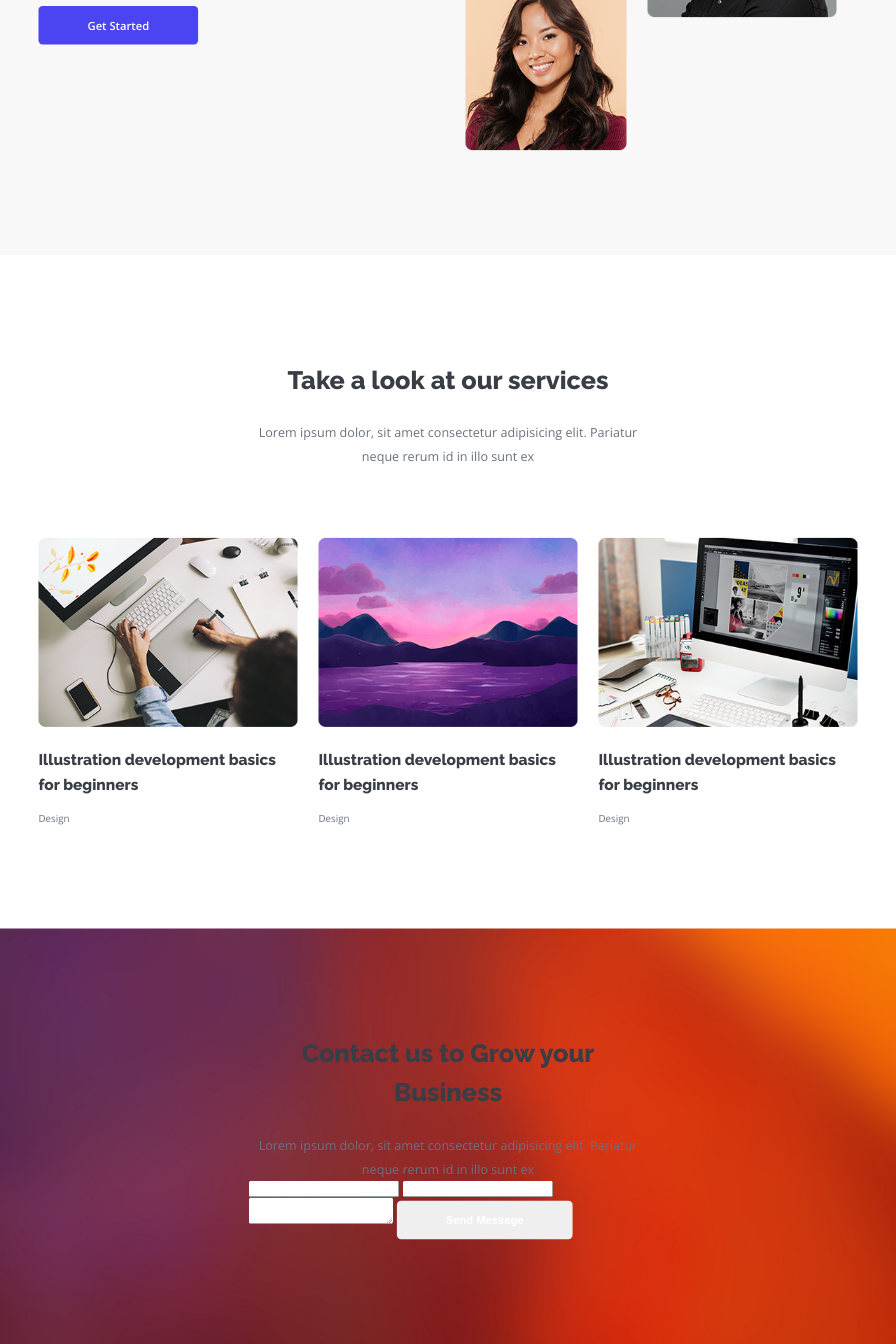
Repository: huydev0401/octavian-1
Page: index.html
These files come from the project's save history. The page is drawn as it stood at one moment and after the next save; the edit follows.
The browser window is 1280 px wide. The pictures show the part of the page from y = 4449 to 6369 px (the page is 6369 px tall), at 70% of full size.
The style sheet was rebuilt from its Sass, Less or Tailwind sources for each picture, by a compiler version that may differ from the author's.

Above is the page before, as saved 2021-09-02 15:19:11.

### index.html
<!DOCTYPE html>
<html lang="en">
  <head>
    <meta charset="UTF-8" />
    <meta http-equiv="X-UA-Compatible" content="IE=edge" />
    <meta name="viewport" content="width=device-width, initial-scale=1.0" />
    <title>Octavian 1</title>
    <link rel="preconnect" href="https://fonts.googleapis.com">
    <link rel="preconnect" href="https://fonts.gstatic.com" crossorigin>
    <link
        href="https://fonts.googleapis.com/css2?family=Open+Sans:ital,wght@0,300;0,400;0,600;1,700&family=Raleway:wght@400;600;700;800&display=swap"
        rel="stylesheet">
    <link href="https://unpkg.com/ionicons@4.5.10-0/dist/css/ionicons.min.css" rel="stylesheet">
    <link rel="stylesheet" href="./css/app.css">
  </head>
  <body>
    <div class="wrapper">
        <header class="header">
            <div class="container">
                <div class="header-main">
                    <a href="index.html" class="header-logo">
                        <img src="./images/logo.png" alt="">
                    </a>
                    <div class="navigation">
                        <span class="header-phone">
                            Phone: <a href="tel: +055 - 951 237 851">+055 - 951 237 851</a>
                        </span>
                        <img src="./images/icon-search.png" alt="" class="icon-search">
                        <img src="./images/icon-bars.png" alt="" class="menu-toogle">
                    </div>
                </div>
            </div>
        </header>
        <main class="main">
            <section class="hero">
                <img src="./images/img1.png" alt="" class="hero-image">
                <div class="hero-content">
                    <h2 class="hero-caption">
                        creative & digital
                    </h2>
                    <h1 class="hero-heading">
                        Agency
                    </h1>
                    <a href="#" class="hero-link">Purchase Now</a>
                </div>
            </section>
            <section class="portfolio">
                <div class="container">
                   <div class="portfolio-list">
                        <div class="portfolio-column">
                            <div class="portfolio-item">
                                <a href="#" class="portfolio-image">
                                    <img src="./images/img2.png" alt="">
                                </a>
                                <h3>
                                    <a class="portfolio-title title" href="#">Campaign of exhibition of architectural field</a>
                                </h3>
                                <span>
                                    <a href="#" class="portfolio-category text--small">Brand</a>
                                </span>
                            </div>
                            <div class="portfolio-item">
                                <a href="#" class="portfolio-image">
                                    <img src="./images/img3.png" alt="">
                                </a>
                                <h3>
                                    <a class="portfolio-title title" href="#">Campaign of exhibition of architectural field</a>
                                </h3>
                                <span>
                                    <a href="#" class="portfolio-category text--small">Brand</a>
                                </span>
                            </div>
                            <div class="portfolio-item">
                                <a href="#" class="portfolio-image">
                                    <img src="./images/img4.png" alt="">
                                </a>
                                <h3>
                                    <a class="portfolio-title title" href="#">Campaign of exhibition of architectural field</a>
                                </h3>
                                <span>
                                    <a href="#" class="portfolio-category text--small">Brand</a>
                                </span>
                            </div>
                        </div>
                        <div class="portfolio-column">
                            <div class="portfolio-item">
                                <a href="#" class="portfolio-image">
                                    <img src="./images/img5.png" alt="">
                                </a>
                                <h3>
                                    <a class="portfolio-title title" href="#">Campaign of exhibition of architectural field</a>
                                </h3>
                                <span>
                                    <a href="#" class="portfolio-category text--small">Brand</a>
                                </span>
                            </div>
                            <div class="portfolio-item">
                                <a href="#" class="portfolio-image">
                                    <img src="./images/img6.png" alt="">
                                </a>
                                <h3>
                                    <a class="portfolio-title title" href="#">Campaign of exhibition of architectural field</a>
                                </h3>
                                <span>
                                    <a href="#" class="portfolio-category text--small">Brand</a>
                                </span>
                            </div>
                            <div class="portfolio-item">
                                <a href="#" class="portfolio-image">
                                    <img src="./images/img7.png" alt="">
                                </a>
                                <h3>
                                    <a class="portfolio-title title" href="#">Campaign of exhibition of architectural field</a>
                                </h3>
                                <span>
                                    <a href="#" class="portfolio-category text--small">Brand</a>
                                </span>
                            </div>
                            <div class="portfolio-item">
                                <a href="#" class="portfolio-image">
                                    <img src="./images/img8.png" alt="">
                                </a>
                                <h3>
                                    <a class="portfolio-title title" href="#">Campaign of exhibition of architectural field</a>
                                </h3>
                                <span>
                                    <a href="#" class="portfolio-category text--small">Brand</a>
                                </span>
                            </div>
                        </div>
                        <div class="portfolio-column">
                            <div class="portfolio-item">
                                <a href="#" class="portfolio-image">
                                    <img src="./images/img9.png" alt="">
                                </a>
                                <h3>
                                    <a class="portfolio-title title" href="#">Campaign of exhibition of architectural field</a>
                                </h3>
                                <span>
                                    <a href="#" class="portfolio-category text--small">Brand</a>
                                </span>
                            </div>
                            <div class="portfolio-item">
                                <a href="#" class="portfolio-image">
                                    <img src="./images/img10.png" alt="">
                                </a>
                                <h3>
                                    <a class="portfolio-title title" href="#">Campaign of exhibition of architectural field</a>
                                </h3>
                                <span>
                                    <a href="#" class="portfolio-category text--small">Brand</a>
                                </span>
                            </div>
                            <div class="portfolio-item">
                                <a href="#" class="portfolio-image">
                                    <img src="./images/img11.png" alt="">
                                </a>
                                <h3>
                                    <a class="portfolio-title title" href="#">Campaign of exhibition of architectural field</a>
                                </h3>
                                <span>
                                    <a href="#" class="portfolio-category text--small">Brand</a>
                                </span>
                            </div>
                        </div>
                   </div>
                   <a href="#" class="btn btn--primary portfolio-link">Get Started</a>
                </div>
            </section>
            <section class="partner">
                <div class="container">
                    <div class="partner-list">
                        <a href="#" class="partner-item">
                            <img src="./images/logo1.png" alt="">
                        </a>
                        <a href="#" class="partner-item">
                            <img src="./images/logo2.png" alt="">
                        </a>
                        <a href="#" class="partner-item">
                            <img src="./images/logo3.png" alt="">
                        </a>
                        <a href="#" class="partner-item">
                            <img src="./images/logo4.png" alt="">
                        </a>
                        <a href="#" class="partner-item">
                            <img src="./images/logo5.png" alt="">
                        </a>
                        <a href="#" class="partner-item">
                            <img src="./images/logo6.png" alt="">
                        </a>
                        <a href="#" class="partner-item">
                            <img src="./images/logo7.png" alt="">
                        </a>
                        <a href="#" class="partner-item">
                            <img src="./images/logo8.png" alt="">
                        </a>
                    </div>
                </div>
            </section>
            <section class="team">
                <div class="container">
                   <div class="team-main">
                        <div class="team-content">
                            <h2 class="team-heading heading">
                                Our team will be Happy to help you
                            </h2>
                            <p class="team-desc text">
                                Lorem ipsum dolor sit amet consectetur adipisicing elit. Mollitia sapiente perferendis architecto repudiandae
                            </p>
                            <a href="#" class="btn btn--primary team-link">Get Started</a>
                        </div>
                        <div class="team-images">
                            <div class="team-column">
                                <a href="#" class="team-image">
                                    <img src="./images/team1.png" alt="">
                                </a>
                                <a href="#" class="team-image">
                                    <img src="./images/team2.png" alt="" class="team-image2">
                                </a>
                            </div>
                            <div class="team-column">
                                <a href="#" class="team-image">
                                    <img src="./images/team3.png" alt="">
                                </a>
                            </div>
                        </div>
                   </div>
                </div>
            </section>
            <section class="blog">
                <div class="container">
                    <div class="blog-header">
                        <h2 class="blog-heading heading">
                            Take a look at our services
                        </h2>
                        <p class="blog-desc text">
                            Lorem ipsum dolor, sit amet consectetur adipisicing elit. Pariatur neque rerum id in illo sunt ex
                        </p>
                    </div>
                    <div class="blog-content">
                        <div class="blog-item">
                            <a href="#" class="blog-image">
                                <img src="./images/blog1.png" alt="">
                            </a>
                            <h3>
                                <a href="#" class="blog-title title">
                                    Illustration development basics for beginners
                                </a>
                            </h3>
                            <a href="#" class="blog-category text--small">Design</a>
                        </div>
                        <div class="blog-item">
                            <a href="#" class="blog-image">
                                <img src="./images/blog2.png" alt="">
                            </a>
                            <h3>
                                <a href="#" class="blog-title title">
                                    Illustration development basics for beginners
                                </a>
                            </h3>
                            <a href="#" class="blog-category text--small">Design</a>
                        </div>
                        <div class="blog-item">
                            <a href="#" class="blog-image">
                                <img src="./images/blog3.png" alt="">
                            </a>
                            <h3>
                                <a href="#" class="blog-title title">
                                    Illustration development basics for beginners
                                </a>
                            </h3>
                            <a href="#" class="blog-category text--small">Design</a>
                        </div>
                    </div>
                </div>
            </section>
            <section class="contact">
                <div class="container">
                    <div class="contact-container">
                        <div class="contact-header">
                            <h2 class="contact-heading heading">
                                Contact us to Grow your Business
                            </h2>
                            <p class="contact-desc text">
                                Lorem ipsum dolor, sit amet consectetur adipisicing elit. Pariatur neque rerum id in illo sunt ex
                            </p>
                        </div>
                        <form class="contact-form">
                            <input type="text" class="contact-input">
                            <input type="email" class="contact-input">
                            <textarea class="contact-area"></textarea>
                            <button type="submit" class="btn btn-secondary">Send Message</button>
                        </form>
                    </div>
                </div>
            </section>
        </main>
    </div>
  </body>
</html>

### scss/app.scss
@import "variables";
@import "function";
@import "reset";
@import "base";
@import "header";
@import "hero";
@import "portfolio";
@import "partner";
@import "team";
@import "blog";
@import "contact";

### scss/_variables.scss
$primary-font: "Open Sans", sans-serif;
$secondary-font: "Raleway", sans-serif;
$gray: #393e46;
$gray-dark: #282f3a;
$gray-darkest: #252b36;
$gray-light: #6a727f;
$gray-lightest: #f8f8f9;
$blue-color: #4a44f2;

### scss/_function.scss
@use 'sass:math';
@function lineH($s, $h) {
  @return math.div($s, $h);
} ;

### scss/_base.scss
*,
*:before,
*:after {
  box-sizing: border-box;
}
/* using rem unit */
html {
  font-size: 62.5%;
  scroll-behavior: smooth;
}
a {
  text-decoration: none;
}
img {
  display: block;
  max-width: 100%;
}
body {
  font-family: $primary-font;
  font-size: 18px;
  line-height: 1;
}
input,
button,
textarea,
select {
  outline: none;
  font-family: "Poppins", sans-serif;
  font-size: 16px;
  line-height: 1;
}
input {
  line-height: normal;
}
button {
  cursor: pointer;
}

h1,
h2,
h3,
h4,
h5,
h6 {
  font-family: $secondary-font;
}

.wrapper {
  max-width: 1920px;
  margin: 0 auto;
}

.container {
  max-width: 1200px;
  margin: 0 auto;
  padding-left: 15px;
  padding-right: 15px;
}

.heading {
  font-size: 36px;
  font-weight: 800;
  line-height: lineH(56, 36);
  margin-bottom: 30px;
  color: $gray;
}

.title {
  display: block;
  font-size: 22px;
  line-height: lineH(35, 22);
  color: $gray;
  font-weight: 800;
  margin-bottom: 20px;
  margin-top: 30px;
}

.text {
  display: block;
  font-weight: 400;
  color: $gray-light;
  line-height: lineH(34, 18);
  &--small {
    font-size: 14px;
    color: $gray-light;
  }
}

.btn {
  border: none;
  outline: none;
  cursor: pointer;
  display: inline-flex;
  align-items: center;
  justify-content: center;
  height: 55px;
  padding-left: 70px;
  padding-right: 70px;
  border-radius: 6px;
  color: #fff;
  font-weight: 600;
  font-size: 16px;
  &--primary {
    background-color: $blue-color;
  }
}

### scss/_header.scss
.header {
  &-main {
    padding: 40px 0;
    display: flex;
    align-items: center;
    justify-content: space-between;
  }
  &-logo {
    display: inline-block;
  }
  &-phone {
    display: inline-block;
    font-size: 16px;
    font-weight: 300;
    color: $gray;
    a {
      font-weight: 600;
      color: inherit;
      margin-left: 20px;
    }
  }
}

.navigation {
  display: flex;
  align-items: center;
  gap: 0 70px;
}

### scss/_hero.scss
.hero {
  margin-bottom: 200px;
  position: relative;
  &-image {
    margin-left: auto;
    max-width: 65%;
  }
  &-content {
    position: absolute;
    z-index: 2;
    left: 18.75%;
    top: 50%;
    transform: translateY(-50%);
    color: $gray;
  }
  &-caption {
    font-size: 72px;
    font-weight: 600;
    margin-bottom: 20px;
  }
  &-heading {
    font-size: 150px;
    font-weight: 800;
    text-transform: uppercase;
    margin-bottom: 40px;
  }
  &-link {
    color: $gray-light;
    text-decoration: underline;
  }
}

### scss/_portfolio.scss
.portfolio {
  margin-bottom: 150px;
  &-list {
    display: grid;
    grid-template-columns: repeat(3, 1fr);
    grid-gap: 0 90px;
    margin-bottom: 100px;
  }
  &-column {
    display: flex;
    align-items: center;
    flex-direction: column;
    gap: 90px 0;
  }
  &-link {
    position: relative;
    left: 50%;
    transform: translateX(-50%);
  }
}

### scss/_partner.scss
.partner {
  padding: 150px 0;
  &-list {
    display: grid;
    grid-template-columns: repeat(4, 1fr);
    grid-gap: 100px 0;
  }
  &-item {
    display: flex;
    justify-content: center;
    align-items: center;
    padding: 0 45px;
    transition: all 0.2s linear;
    &:hover {
      opacity: 0.3;
    }
  }
}

### scss/_team.scss
.team {
  padding: 150px 0;
  background-color: $gray-lightest;
  &-main {
    display: flex;
    align-items: center;
    gap: 0 100px;
  }
  &-content {
    max-width: 370px;
  }
  &-desc {
    margin-bottom: 50px;
  }
  &-images {
    max-width: 670px;
    display: flex;
    align-items: center;
    gap: 0 30px;
  }
  &-image2 {
    margin: 30px 0 0 auto;
  }
}

### scss/_blog.scss
.blog {
  padding: 150px 0;
  &-header {
    max-width: 570px;
    margin: 0 auto 100px;
    text-align: center;
  }
  &-content {
    display: grid;
    grid-template-columns: repeat(3, 1fr);
    grid-gap: 0 30px;
  }
}

### scss/_contact.scss
.contact {
  padding: 150px 0;
  background: url("../images/contact-bg.png") no-repeat center / cover;
  &-container {
    max-width: 570px;
    margin: 0 auto;
  }
  &-header {
    text-align: center;
  }
}

Loaded but not shown: scss/_reset.scss (common file)

After the next save:
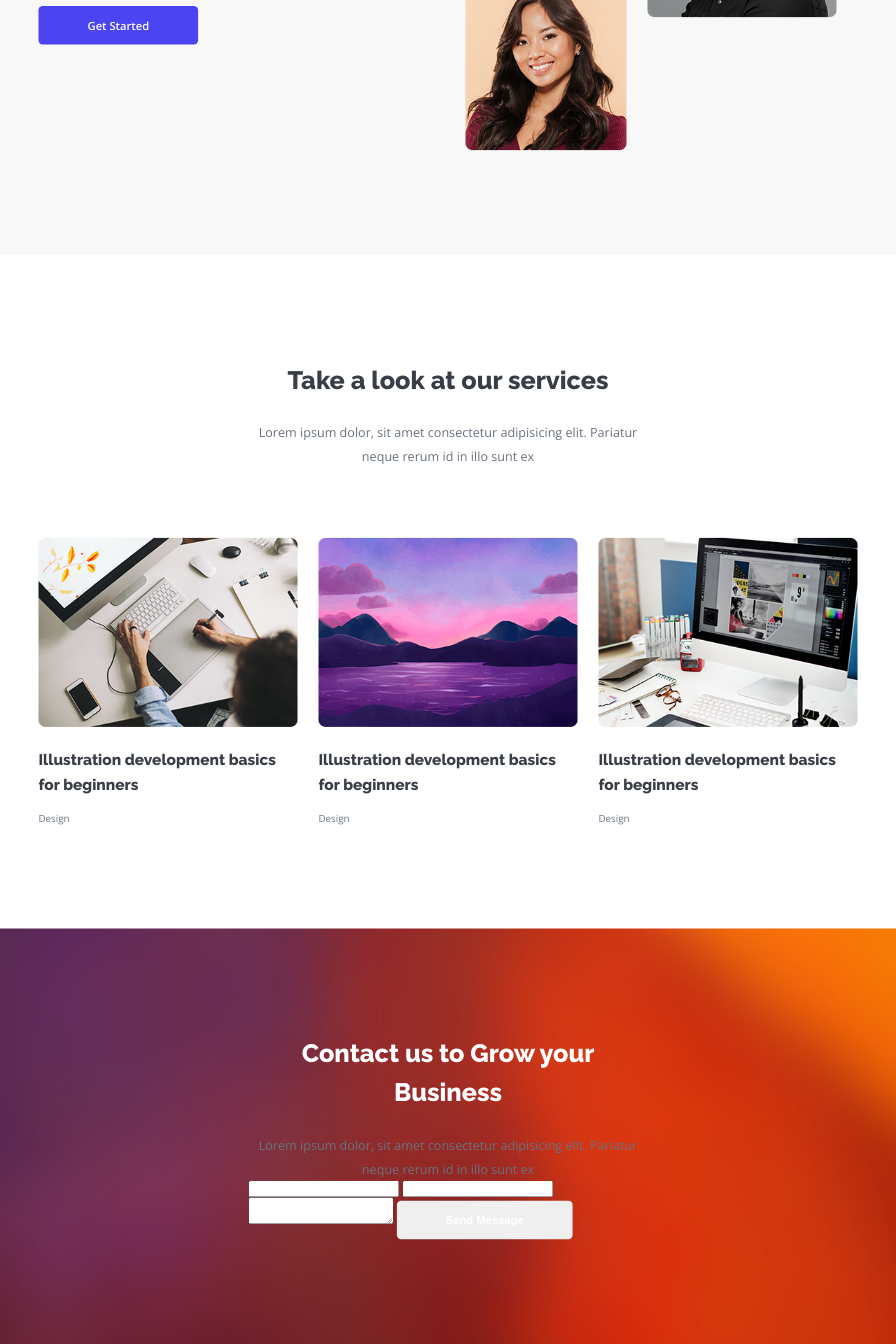
Saved 10 s later.
--- a/scss/_contact.scss
+++ b/scss/_contact.scss
@@ -8,4 +8,7 @@
   &-header {
     text-align: center;
   }
+  &-heading {
+    color: #fff;
+  }
 }
